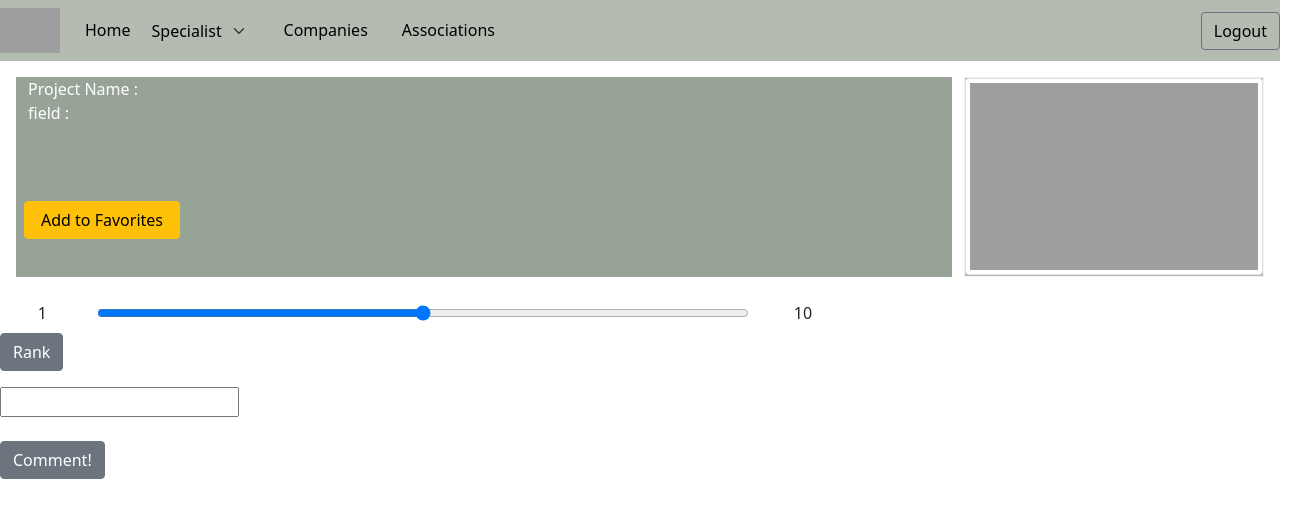
Repository: ahmadjamal-1997/Project-Taqadam
Page: http://localhost/Taqadam/WEB-INF/projectDetails.jsp
The author's editor kept a copy of each file at every save. The page is drawn from the files as they stood at one save, then again after the next save.
The browser window is 1280 px wide. The page is 1292 px wide, so the pictures cover 1292 px, including what lies to the right of the window. The pictures show the whole page.
Pictures or frames that could not be fetched are drawn as grey boxes. The page is served by Tomcat 9. Nobody is signed in. The template is opened directly, without the code that normally fills it, so the values that code supplies are empty.

Above is the page before, as saved 2022-04-01 23:54:50.

After the next save:
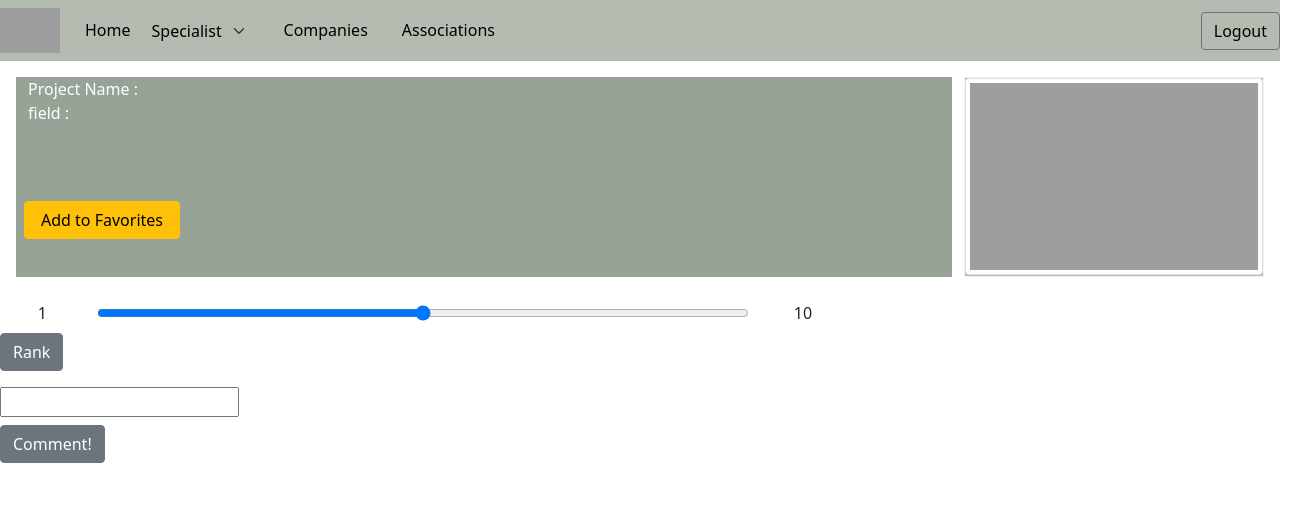
Saved 5 s later.
--- a/Taqadam-new/Taqadam-java/Taqadam-new/Taqadam/src/main/webapp/WEB-INF/projectDetails.jsp
+++ b/Taqadam-new/Taqadam-java/Taqadam-new/Taqadam/src/main/webapp/WEB-INF/projectDetails.jsp
@@ -230,7 +230,7 @@
                                     		<div class="col-2 mb-2  d-flex justify-content-start align-items-center">
                                  <form action="/comment/${thisProject.id }" method="POST">
                           			 <span><input name="comment">
-                            		<input type="submit" class="btn btn-secondary mt-4" value="Comment!"/></span>
+                            		<input type="submit" class="btn btn-secondary mt-2" value="Comment!"/></span>
                            		</form>
                            </div>
                                </div>
